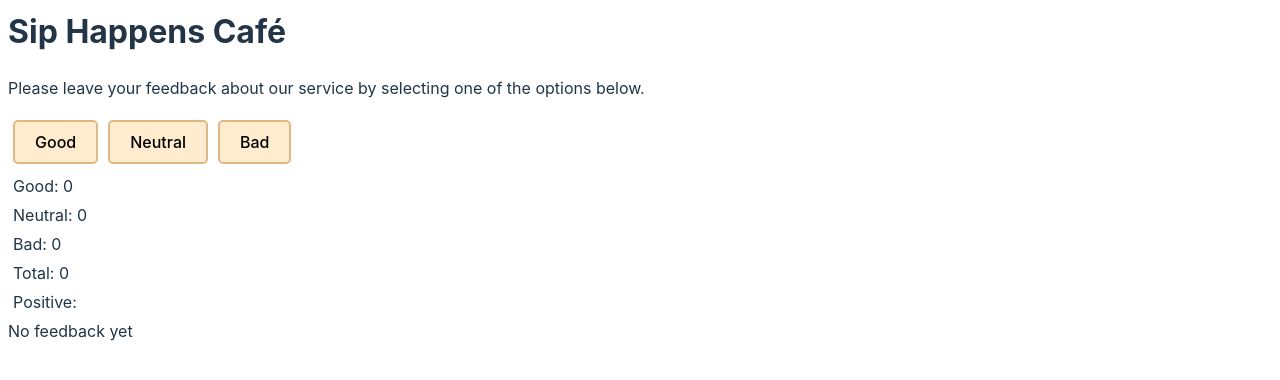
Repository: Evgeniya-Tishakova/goit-react-hw-02
Page: /
An editor plug-in stored every save of this project. The page is shown before and after the next save, followed by the edit.
The browser window is 1280 px wide. The pictures show the whole page.
The project was rebuilt for these pictures with package versions that can differ from the ones it lists, and the page was loaded fresh each time. Also part of the build but not shown: vite.config.js.

Above is the page before, as saved 2025-02-28 17:10:38.

### src/index.css
body {
  font-family: Inter, sans-serif;
  line-height: 1.5;
  font-weight: 400;
}

h1,
h2,
p {
  margin: 0;
}

ul,
ol {
  margin: 0;
  padding: 0;
}

img {
  display: block;
  max-width: 100%;
}

button {
  border-radius: 8px;
  border: 1px solid transparent;
  padding: 0.6em 1.2em;
  font-size: 1em;
  font-weight: 500;
  font-family: inherit;
  background-color: #fff;
  cursor: pointer;
  transition: border-color 0.25s;
}

button:hover {
  border-color: #646cff;
}

button:focus,
button:focus-visible {
  outline: 4px auto -webkit-focus-ring-color;
}

@media (prefers-color-scheme: light) {
  :root {
    color: #213547;
    background-color: #ffffff;
  }

  a:hover {
    color: #747bff;
  }

  button {
    /* background-color: #f9f9f9; */
  }
}

### src/components/App/App.jsx
import { useEffect, useState } from "react";

import Feedback from "../Feedback/Feedback.jsx";
import Options from "../Options/Options.jsx";
import Description from "../Description/Description.jsx";
import Notification from "../Notification/Notification.jsx";

export default function App() {
  const [rewiewType, setRewiewType] = useState({
    good: 0,
    neutral: 0,
    bad: 0,
  });

  const totalFeedback = rewiewType.good + rewiewType.neutral + rewiewType.bad;

  const updateFeedback = (feedbackType) => {
    setRewiewType({
      ...rewiewType,
      [feedbackType]: rewiewType[feedbackType] + 1,
    });
  };

  const reset = () => {
    setRewiewType({
      good: 0,
      neutral: 0,
      bad: 0,
    });
  };
  return (
    <>
      <Description />
      <Options
        updateFeedback={updateFeedback}
        reset={reset}
        isShown={totalFeedback > 0}
      />
      <Feedback rewiewType={rewiewType} totalFeedback={totalFeedback} />
      {totalFeedback <= 0 && <Notification />}
    </>
  );
}

### src/components/Feedback/Feedback.jsx
import css from "./Feedback.module.css";

export default function Feedback({
  rewiewType: { good, neutral, bad },
  totalFeedback,
}) {
  return (
    <div>
      <p className={css.descr}>Good: {good}</p>
      <p className={css.descr}>Neutral: {neutral}</p>
      <p className={css.descr}>Bad: {bad}</p>
      <p className={css.descr}>Total: {totalFeedback}</p>
      <p className={css.descr}>Positive:</p>
    </div>
  );
}

### src/components/Options/Options.jsx
import css from "./Options.module.css";

export default function Options({ updateFeedback, reset, isShown }) {
  return (
    <div>
      <button className={css.button} onClick={() => updateFeedback("good")}>
        Good
      </button>
      <button className={css.button} onClick={() => updateFeedback("neutral")}>
        Neutral
      </button>
      <button className={css.button} onClick={() => updateFeedback("bad")}>
        Bad
      </button>
      {isShown && (
        <button className={css.button} onClick={() => reset()}>
          Reset
        </button>
      )}
      {}
    </div>
  );
}

### src/components/Description/Description.jsx
import css from "./Description.module.css";

export default function Description() {
  return (
    <div>
      <h1 className={css.title}>Sip Happens Café</h1>
      <p className={css.descr}>
        Please leave your feedback about our service by selecting one of the
        options below.
      </p>
    </div>
  );
}

### src/components/Notification/Notification.jsx
export default function Notification() {
  return (
    <div>
      <p>No feedback yet</p>
    </div>
  );
}

### src/components/Feedback/Feedback.module.css
.descr {
    margin: 5px;
}

### src/components/Options/Options.module.css
.button {
    border: 2px solid burlywood;
    padding: 10px 20px;
    background-color: blanchedalmond;
    margin: 5px;
    border-radius: 5px;
    cursor: pointer;
}

button:hover {
    background-color: skyblue;
}

button:active {
    background-color: aqua;
}

### src/components/Description/Description.module.css
.title {
    margin-bottom: 20px;
}

.descr {
    margin-bottom: 15px;
}

Loaded but not shown: index.html (common file); src/main.jsx (common file)

After the next save:
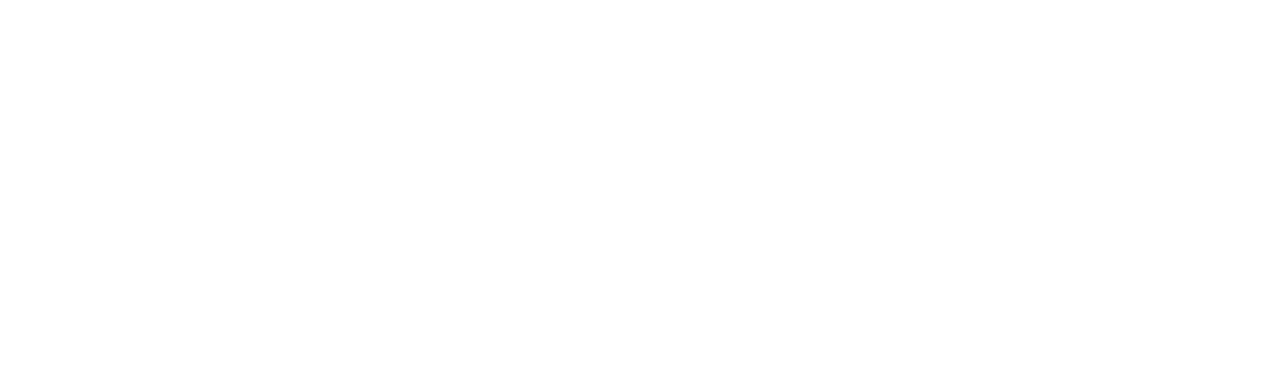
Console error: ReferenceError: good is not defined
Saved 49 s later.
--- a/src/components/App/App.jsx
+++ b/src/components/App/App.jsx
@@ -13,6 +13,8 @@
   });
 
   const totalFeedback = rewiewType.good + rewiewType.neutral + rewiewType.bad;
+
+  const positiveFeedBack = Math.round((good / totalFeedback) * 100);
 
   const updateFeedback = (feedbackType) => {
     setRewiewType({

After the 5 saves that followed:
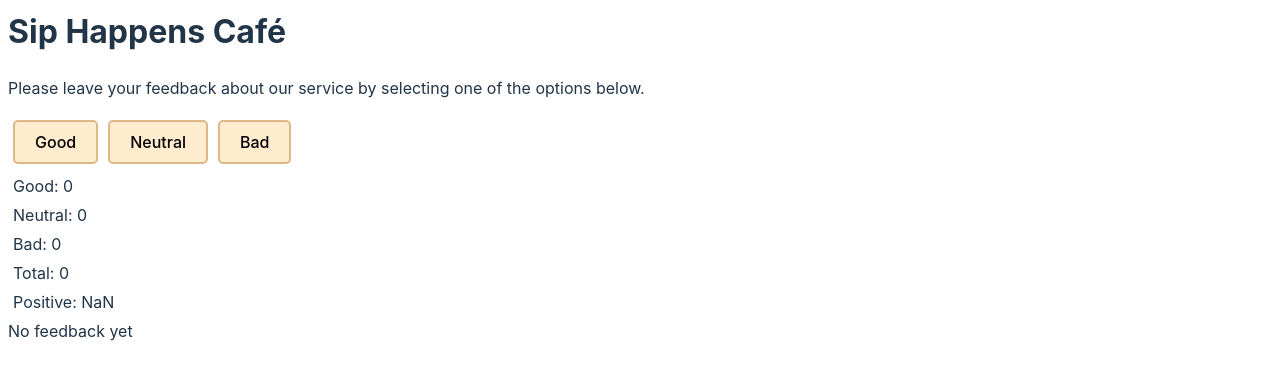
The error is gone.
The 5 saves are shown as one change because 1 did not build or start and 3 left the picture as it was.
The last was saved 3 min 28 s later.
--- a/src/components/App/App.jsx
+++ b/src/components/App/App.jsx
@@ -14,7 +14,7 @@
 
   const totalFeedback = rewiewType.good + rewiewType.neutral + rewiewType.bad;
 
-  const positiveFeedBack = Math.round((good / totalFeedback) * 100);
+  const positiveFeedback = Math.round((rewiewType.good / totalFeedback) * 100);
 
   const updateFeedback = (feedbackType) => {
     setRewiewType({
@@ -38,7 +38,11 @@
         reset={reset}
         isShown={totalFeedback > 0}
       />
-      <Feedback rewiewType={rewiewType} totalFeedback={totalFeedback} />
+      <Feedback
+        rewiewType={rewiewType}
+        totalFeedback={totalFeedback}
+        positiveFeedback={positiveFeedback}
+      />
       {totalFeedback <= 0 && <Notification />}
     </>
   );
--- a/src/components/Feedback/Feedback.jsx
+++ b/src/components/Feedback/Feedback.jsx
@@ -3,6 +3,7 @@
 export default function Feedback({
   rewiewType: { good, neutral, bad },
   totalFeedback,
+  positiveFeedback,
 }) {
   return (
     <div>
@@ -10,7 +11,7 @@
       <p className={css.descr}>Neutral: {neutral}</p>
       <p className={css.descr}>Bad: {bad}</p>
       <p className={css.descr}>Total: {totalFeedback}</p>
-      <p className={css.descr}>Positive:</p>
+      <p className={css.descr}>Positive: {positiveFeedback}</p>
     </div>
   );
 }
